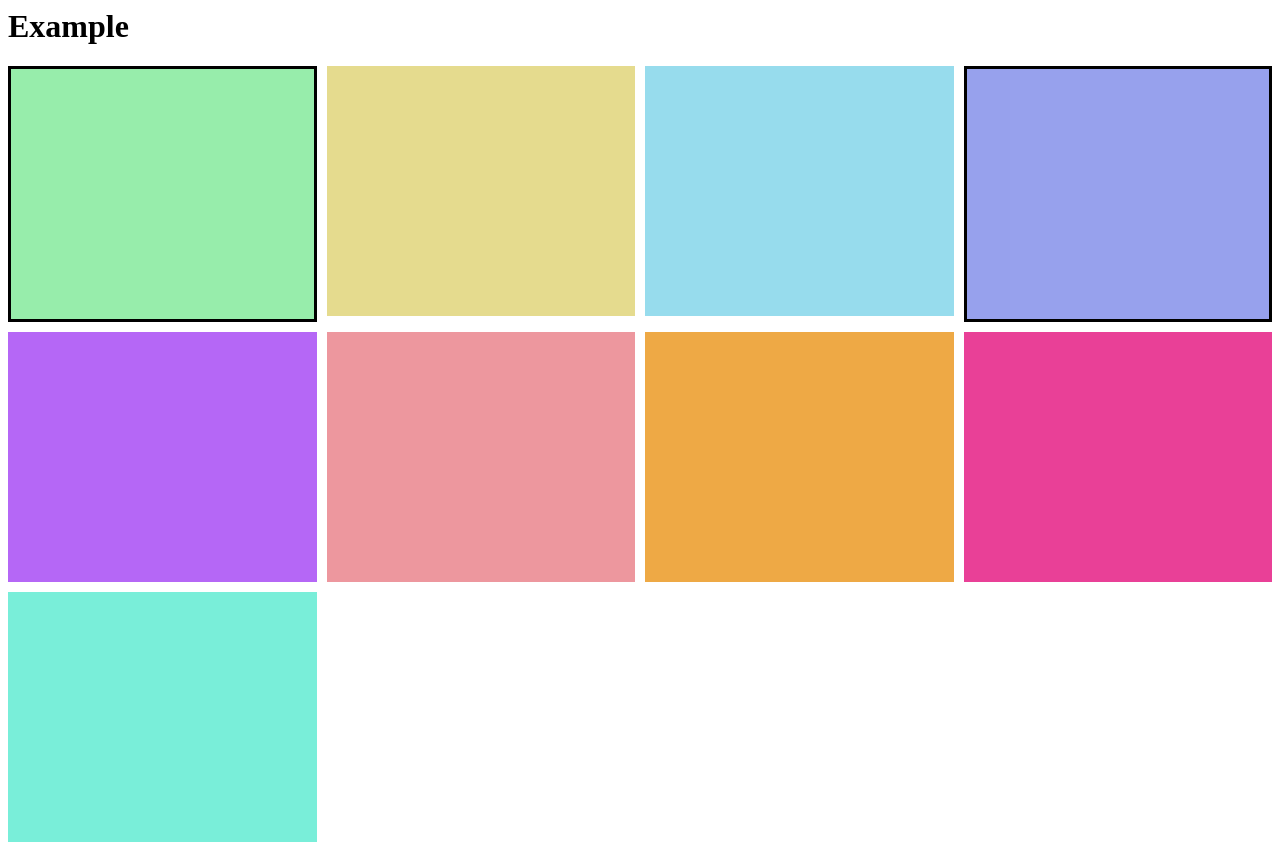
Repository: SamirIngley/html-semantic
Page: templates/challenge-01.html
The author's editor kept a copy of each file at every save. The page is drawn from the files as they stood at one save, then again after the next save.
The browser window is 1280 px wide. The pictures show the whole page.

Above is the page before, as saved 2020-02-04 16:58:57.

### templates/challenge-01.html
<!--
   This example used named areas to place elements
   on the grid
 -->

<h1>Example</h1>

<!-- Grid Container -->
<div class="container">

  <div class="box a another class name"></div>
  <div class="box b"></div>
  <div class="box c"></div>
  <div class="box d name"></div>
  <div class="box e"></div>
  <div class="box f"></div>
  <div class="box g"></div>
  <div class="box h"></div>
  <div class="box i"></div>

</div>


<style>

  /* Your styles here */

  .container {
    display: grid;
    grid-gap: 10px;
    grid-template-columns: repeat(4, 1fr);
    /* grid-template-rows: 100px 300px; */
  }

  .name {
    border: 3px solid;
  }

  /* Some default styles to get you started */

  .box {
   height: 250px;
    /*
    The named areas below define where elements with
    those names are placed on the grid.
    */

  }

  .a {
    background-color: #97edab;
  }

  .b {
    background-color: #e5db8e;
  }

  .c {
    background-color: #97dced;
  }

  .d {
    background-color: #97a1ed;
  }

  .e {
    background-color: #b567f6;
  }

  .f {
    background-color: #ed979e;
  }

  .g {
    background-color: #eea945;
  }

  .h {
    background-color: #e94097;
  }

  .i {
    background-color: #79eed9;
  }

</style>

After the next save:
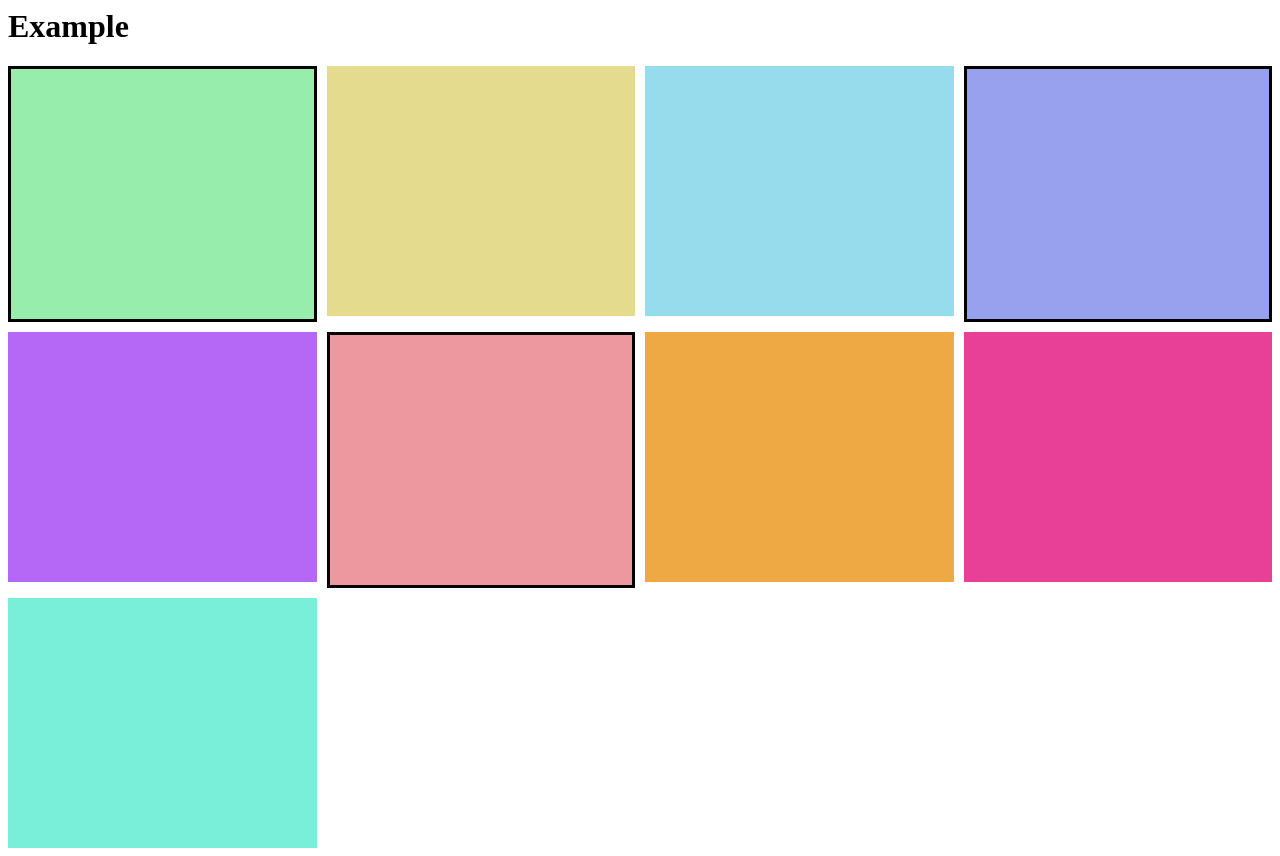
Saved 8 s later.
--- a/templates/challenge-01.html
+++ b/templates/challenge-01.html
@@ -13,7 +13,7 @@
   <div class="box c"></div>
   <div class="box d name"></div>
   <div class="box e"></div>
-  <div class="box f"></div>
+  <div class="box f name"></div>
   <div class="box g"></div>
   <div class="box h"></div>
   <div class="box i"></div>
